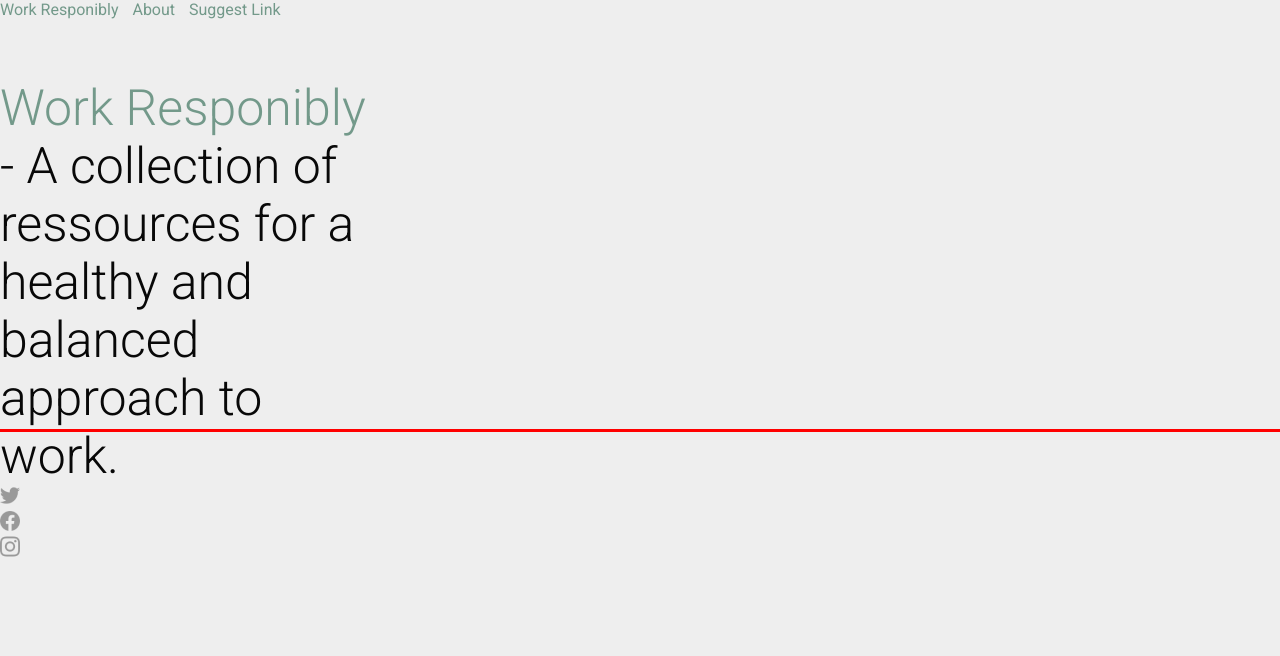
Repository: m0lt/modul_1
Page: 20250704_git_intro/Aufgaben/index.html
An editor plug-in stored every save of this project. The page is shown before and after the next save, followed by the edit.
The browser window is 1280 px wide. The pictures show the whole page.

Above is the page before, as saved 2025-07-08 06:06:38.

After the next save:
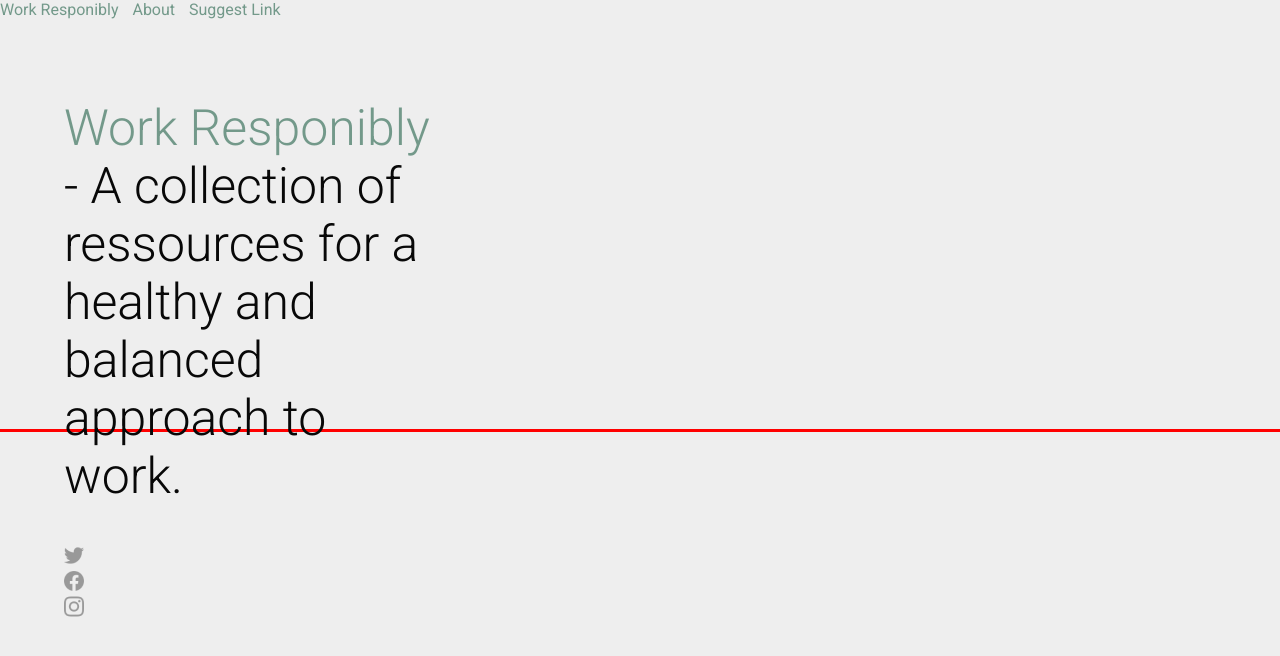
Saved 4 s later.
--- a/20250704_git_intro/Aufgaben/index.html
+++ b/20250704_git_intro/Aufgaben/index.html
@@ -17,14 +17,16 @@
       </nav>
     </header>
     <main>
-      <section class="hero">
+      <section class="fullwidth">
         <!-- Hero Text -->
-        <div class="titleWrapper">
-            <h1>Work Responibly</h1>
-            <h2>- A collection of ressources for a healthy and balanced approach to work.</h1>
+        <div class="content">
+          <div class="titleWrapper">
+              <h1>Work Responibly</h1>
+              <h2>- A collection of ressources for a healthy and balanced approach to work.</h1>
+          </div>
         </div>
         <!-- Sidebar Icons -->
-        <div class="socialIcons">
+        <div class="socialIcons content">
           <img src="./assets/img/TW.png" alt="">
           <img src="./assets/img/FB.png" alt="">
           <img src="./assets/img/IG.png" alt="">
